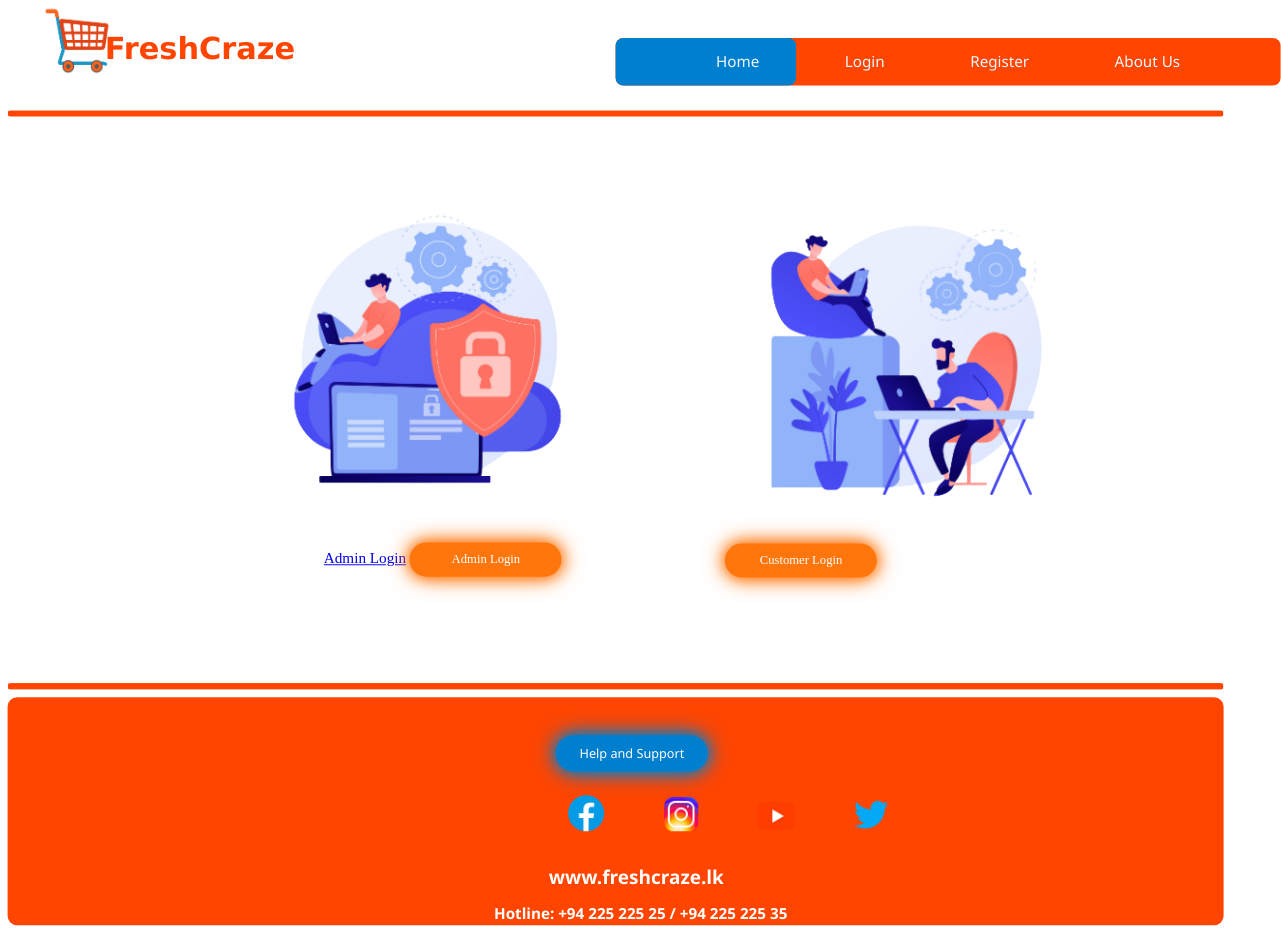
Repository: shanika2002/FreshCraze
Page: http://localhost/itemDem/mainLogin.jsp
These files come from the project's save history. The page is drawn as it stood at one moment and after the next save; the edit follows.
The browser window is 1280 px wide. The page is 1348 px wide, so the pictures cover 1348 px, including what lies to the right of the window. The pictures show the whole page, at 95% of full size.
The page is served by Tomcat 9.

Above is the page before, as saved 2024-05-10 09:01:57.

After the next save:
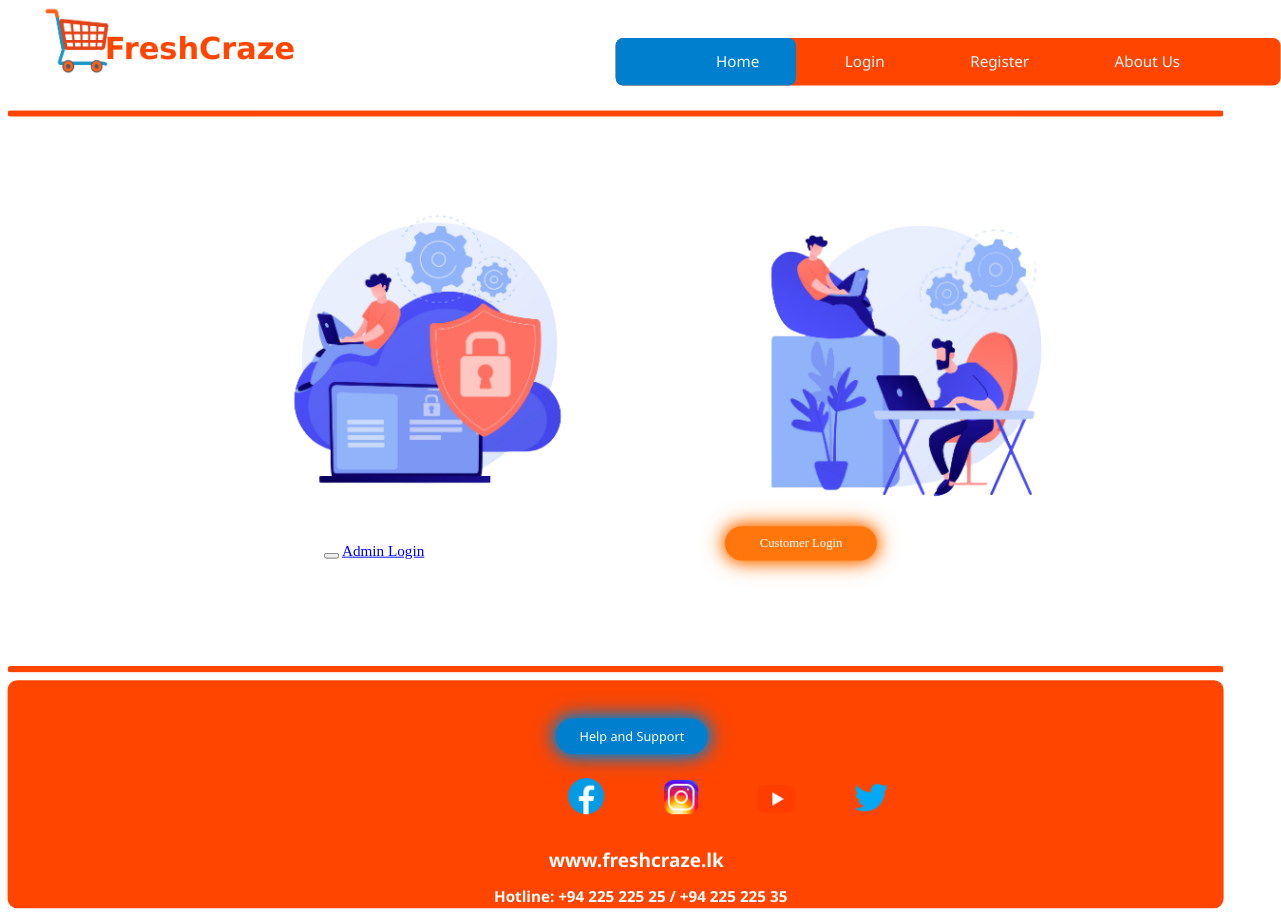
Saved 68 s later.
--- a/itemDem/src/main/webapp/mainLogin.jsp
+++ b/itemDem/src/main/webapp/mainLogin.jsp
@@ -27,8 +27,9 @@
 <img src="images\slog.png" class="slogo" >
 <div class = "dlogging">
 
+    <button type="button"></button>
     <a href="login.jsp">Admin Login</a>
-    <button type="button" class="donorlogin">Admin Login</button>
+
 
 </div>
 
